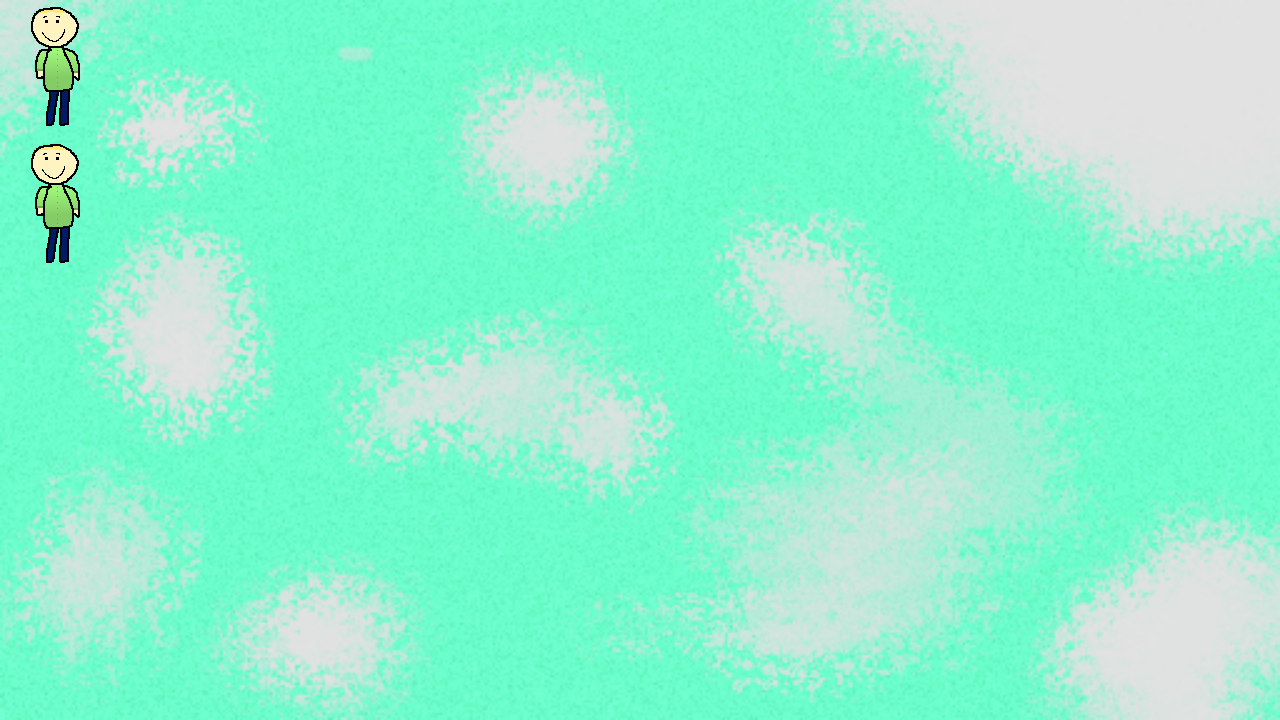
Repository: Evanechecssss/LoveTest
Page: game/level1.html
The author's editor kept a copy of each file at every save. The page is drawn from the files as they stood at one save, then again after the next save.
The browser window is 1280 px wide. The pictures show the whole page.

Above is the page before, as saved 2021-12-30 11:59:49.

### game/level1.html
<!DOCTYPE html>
<html lang="ru" dir="auto" prefix="og: http://ogp.me/ns#">

<head>
    <meta charset="utf-8">
    <script src="https://unpkg.com/konva@8.3.1/konva.min.js"></script>
    <script src="https://unpkg.com/gifler@0.1.0/gifler.min.js"></script>
    <title>Oshi game</title>
    <link rel="preconnect" href="https://fonts.googleapis.com">
    <link rel="preconnect" href="https://fonts.gstatic.com" crossorigin>
    <link
        href="https://fonts.googleapis.com/css2?family=Merriweather:ital,wght@0,300;0,400;0,700;0,900;1,300;1,400;1,700;1,900&display=swap"
        rel="stylesheet">
    <meta property="og:title" content="Окно игры" />
    <meta property="og:type" content="article" />
    <meta property="og:url" content="https://evanechecssss.github.io/LoveTest/game/level1.html" />
    <meta property="og:image" content="https://evanechecssss.github.io/assets/images/banner_logo.png" />
    <meta property="og:site_name" content="Oshi game" />
    <link rel="icon" href="./../assets/images/icon.png" type="image/png">
    <link rel="stylesheet" href="./../assets/css/game.css">
    <meta name="viewport" content="width=device-width, initial-scale=1.0">
    <meta http-equiv="X-UA-Compatible" content="ie=edge">

    <script>
        window.onload = function () {
            document.body.style.display = 'block';
        }
    </script>
</head>


<body onload="draw()">


    <div class="canva" id="hero">

    </div>

    <div class="canva" id="presents">

    </div>

    <canvas class="canva" id="game" width="1920" height="1080"></canvas>



    <script type="application/javascript">
        /* Logic */
        var canvas = document.getElementById('game');

        var yPos = 10;
        var xPos = 10;
        var skins = ['./../assets/images/hero/hero.gif', './../assets/images/hero/hero_b.gif', './../assets/images/hero/hero_r.gif', './../assets/images/hero/hero_l.gif']
        var skins_static = ['./../assets/images/hero/hero.png', './../assets/images/hero/hero_b.png', './../assets/images/hero/hero_r.png', './../assets/images/hero/hero_l.png']
        var skin_presents = ['./../assets/images/presents/p1.png', './../assets/images/presents/p2.png', './../assets/images/presents/p3.png', './../assets/images/presents/p4.png']
        var presents = [];
        var d = -1;
        var herodiv = document.getElementById("hero");
        herodiv.style.position = "absolute";
        herodiv.style.left = "0px";
        herodiv.style.top = "0px";
        herodiv.style.width = "100px";
        herodiv.style.height = "100px";
        herodiv.style.color = "blue";
        herodiv.style.zIndex = 3;

        var presentDiv = document.getElementById("presents");
        presentDiv.style.position = "absolute";
        presentDiv.style.left = "0px";
        presentDiv.style.top = "0px";
        presentDiv.style.width = "64px";
        presentDiv.style.height = "64px";
        presentDiv.style.color = "blue";
        presentDiv.style.zIndex = 3;

        var presentOffsetX = 1800;
        var presentOffsetY = 800;


        function getHero() {
            return document.getElementById("hero_img");

        }
        function randomFromInterval(max, min) {
            return Math.floor(Math.random() * max) + min
        }
        /* HANDLERS */
        document.addEventListener('keyup', function (event) {
            if (event.code == 'KeyW' && d != -1) {
                getHero().src = skins_static[d];
                d = -1;
            }
            if (event.code == 'KeyS' && d != -1) {
                getHero().src = skins_static[d];
                d = -1;

            }
            if (event.code == 'KeyA' && d != -1) {
                getHero().src = skins_static[d];
                d = -1;

            }
            if (event.code == 'KeyD' && d != -1) {
                getHero().src = skins_static[d];
                d = -1;

            }
        })

        document.addEventListener('keydown', function (event) {
            if (event.code == 'KeyS') {

                moveDown();
            }
            else if (event.code == 'KeyW') {

                moveUp();
            }
            else if (event.code == 'KeyA') {
                moveLeft();
            }
            else if (event.code == 'KeyD') {
                moveRight();
            } else {

            }
        });




        /*CONTROL*/
        function moveUp() {

            if (yPos < 0) {
                return;
            }
            if (d != 1) {
                d = 1;

                getHero().src = skins[d];


            }
            yPos -= 10;
            herodiv.style.top = yPos + "px";
        }
        function moveDown() {
            if (yPos > 800) {
                return;
            }
            if (d != 0) {
                d = 0;
                getHero().src = skins[d];

            }
            yPos += 10;
            herodiv.style.top = yPos + "px";
        }
        function moveRight() {
            if (xPos > 1800) {
                return;
            }
            if (d != 2) {
                d = 2;
                getHero().src = skins[d];
            }
            xPos += 10;
            herodiv.style.left = xPos + "px";
        }
        function moveLeft() {
            if (xPos < 0) {
                return;
            }
            if (d != 3) {
                d = 3;
                getHero().src = skins[d];

            }
            xPos -= 10;
            herodiv.style.left = xPos + "px";
        }


        /* SPAWNER*/

        var score = 0;
        /* RENDER */

        for (var i = 0; i < 8; i++) {
            if (randomFromInterval(10, 0) > 6) {
                presents.push({
                    x: randomFromInterval(presentOffsetX, 0),
                    y: randomFromInterval(presentOffsetY, 0),
                    color: -1
                })
            } else {

                presents.push({
                    x: randomFromInterval(presentOffsetX, 0),
                    y: randomFromInterval(presentOffsetY, 0),
                    color: randomFromInterval(skin_presents.length, 0)
                })

            }
        }
        function draw() {
            var canvas = document.getElementById('game');

            if (canvas.getContext) {
                var ctx = canvas.getContext('2d');
                var bg = new Image();

                /* PRESENTS*/


                bg.addEventListener('load', function () {
                    ctx.drawImage(bg, 0, 0, canvas.width, canvas.height);

                }, false);
                bg.src = './../assets/images/bg.png';

                requestAnimationFrame(draw);

            }

        }

        var presentImage = new Image();
        presentImage.src = skins_static[0];
        presentImage.id = "present"
        presentImage.crossOrigin = "";
        function loadedPr() {
            document.getElementById("hero").appendChild(presentImage);
        }

        presentImage.onload = loadedPr;

        var hero = new Image();
        hero.src = skins_static[0];
        hero.id = "hero_img"
        hero.crossOrigin = "";
        function loaded() {
            document.getElementById("hero").appendChild(hero);
        }

        hero.onload = loaded;




    </script>
</body>

</html>

### assets/css/game.css
/* BASE */
body {
    width: 100%;
    height: 100%;
    margin: 0;
    font-family: 'Merriweather', serif;
    background: rgb(218, 172, 172);
    font-size: 14pt;
    line-height: 1.6;
    display: flex;
    flex-direction: column;
    justify-content: center;
    overflow: hidden;
}

.main {
    width: 100%;
    height: 100vh;
}

a {
    text-decoration: none;
    color: #D9CFCD;
}

ul {
    list-style: none;
}

*, *:before, *:after {
    box-sizing: border-box;
}

h1, h2, h3, h4, h5, h6 {
    margin: 0;
}

*::selection {
    color: #c96d6d;
}

.main {
    color: #c45656;
}


/* GAME */

.bg {
    position: relative;

    min-width: 100;
    min-height: 100;
    width: 100vh;
    height: 100vw;
}

.canva {
    position: relative;
    height: 100%;
    width: 100%;
}

After the next save:
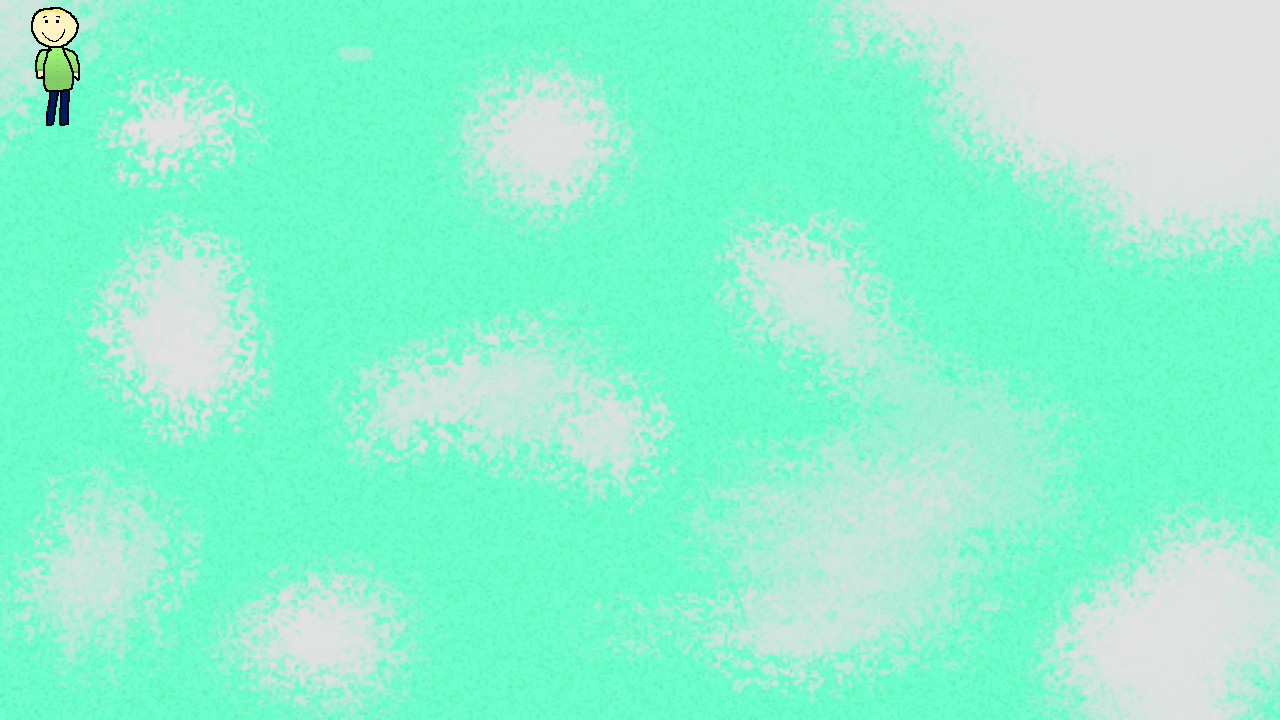
Saved 13 s later.
--- a/game/level1.html
+++ b/game/level1.html
@@ -231,7 +231,7 @@
         presentImage.id = "present"
         presentImage.crossOrigin = "";
         function loadedPr() {
-            document.getElementById("hero").appendChild(presentImage);
+            document.getElementById("presents").appendChild(presentImage);
         }
 
         presentImage.onload = loadedPr;
